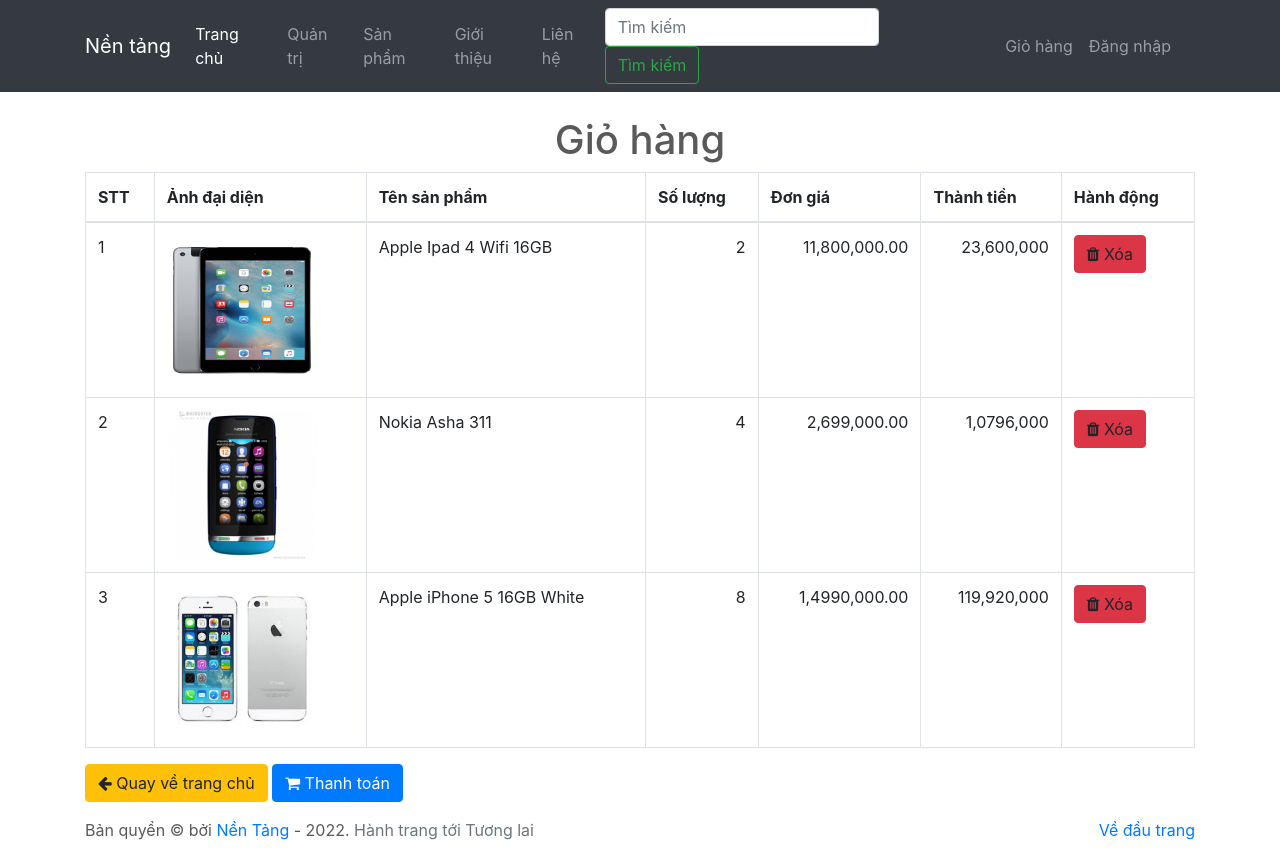
Repository: Chicken2k/My-Ebook
Page: pagesView/cart.html
The author's editor kept a copy of each file at every save. The page is drawn from the files as they stood at one save, then again after the next save.
The browser window is 1280 px wide. The pictures show the whole page.

Above is the page before, as saved 2022-03-31 18:07:25.

After the next save:
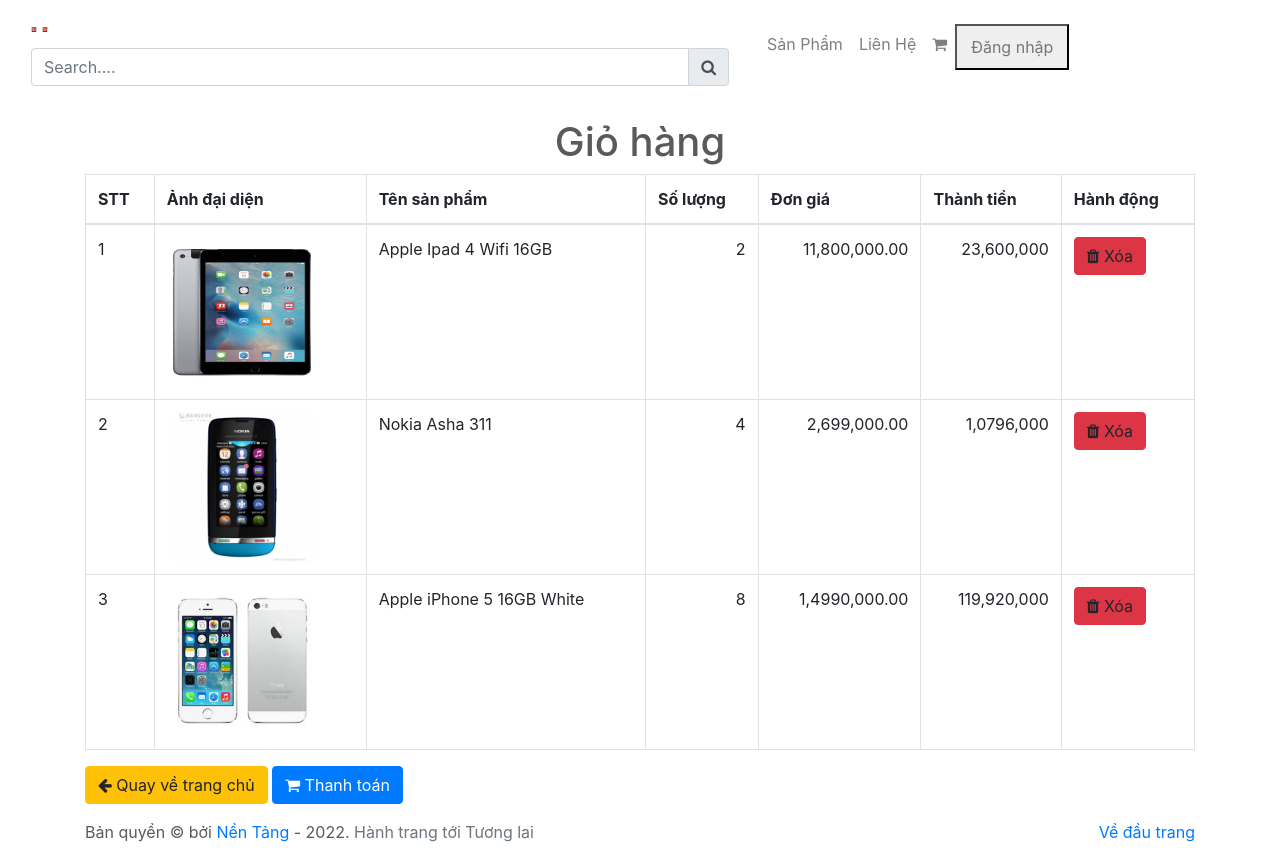
Saved 54 s later.
--- a/pagesView/cart.html
+++ b/pagesView/cart.html
@@ -17,46 +17,62 @@
 </head>
 
 <body>
-    <!-- header -->
-    <nav class="navbar navbar-expand-md navbar-dark sticky-top bg-dark">
-        <div class="container">
-            <a class="navbar-brand" href="https://nentang.vn">Nền tảng</a>
-            <div class="navbar-collapse collapse" id="navbarCollapse">
-                <ul class="navbar-nav mr-auto">
-                    <li class="nav-item active">
-                        <a class="nav-link" href="../index.html">Trang chủ <span class="sr-only">(current)</span></a>
-                    </li>
-                    <li class="nav-item">
-                        <a class="nav-link" href="https://nentang.vn">Quản trị</a>
-                    </li>
-                    <li class="nav-item">
-                        <a class="nav-link" href="products.html">Sản phẩm</a>
-                    </li>
-                    <li class="nav-item">
-                        <a class="nav-link" href="about.html">Giới thiệu</a>
-                    </li>
-                    <li class="nav-item">
-                        <a class="nav-link" href="contact.html">Liên hệ</a>
-                    </li>
-                </ul>
-                <form class="form-inline mt-2 mt-md-0" method="get" action="search.html">
-                    <input class="form-control mr-sm-2" type="text" placeholder="Tìm kiếm" aria-label="Search"
-                        name="keyword_tensanpham">
-                    <button class="btn btn-outline-success my-2 my-sm-0" type="submit">Tìm kiếm</button>
-                </form>
+     <!-- HEADER -->
+     <header>
+        <nav class="myNavBar navbar navbar-expand-md navbar-light">
+            <div class="d-md-none col-sm-2 col-3">
+                <button class="navbar-toggler" type="button" data-toggle="collapse"
+                    data-target="#navbarSupportedContent" aria-controls="navbarSupportedContent" aria-expanded="false"
+                    aria-label="Toggle navigation" action="./pagesView/search.html">
+                    <span class="navbar-toggler-icon" type="submit"></span>
+                </button>
             </div>
-            <ul class="navbar-nav px-3">
-                <li class="nav-item text-nowrap">
-                    <a class="nav-link" href="cart.html">Giỏ hàng</a>
-                </li>
-                <li class="nav-item text-nowrap">
-                    <!-- Nếu chưa đăng nhập thì hiển thị nút Đăng nhập -->
-                    <a class="nav-link" href="login.html">Đăng nhập</a>
-                </li>
-            </ul>
-        </div>
-    </nav>
-    <!-- end header -->
+            <div class="col-xl-7 col-lg-9 col-md-8 col-sm-8 col-6 myNavBar__col">
+                <div class="myNavBar__left">
+                    <a class="navbar-brand" href="#">
+                        <img class="logo-black" src="./imgdow/e-reader-ebook-svgrepo-com.svg" alt="logo black">
+                        <img class="logo-white" src="./imgdow/e-reader-ebook-svgrepo-com.svg" alt="logo white">
+                    </a>
+                    <form class="myNavBar__form-search" action="./pagesView/search.html">
+                        <div class="input-group">
+                            <input type="text" class="form-control" placeholder="Search...." type="text" aria-label="Search"
+                            name="keyword_tensanpham">
+                            <div class="input-group-append">
+                                <span class="input-group-text" id="basic-addon2" >
+                                    <i class="fa fa-search"></i>
+                                </span>
+                            </div>
+                        </div>
+                    </form>
+                </div>
+            </div>
+            <div class="col-xl-5 col-lg-3 col-md-4 col-sm-2 col-3 myNavBar--reset">
+                <div class="myNavBar__right">
+                    <ul class="navbar-nav mr-auto">
+                        <li class="nav-item business">
+                            <a class="nav-link" href="./pagesView/products.html">Sản Phẩm</a>
+
+                        </li>
+                        <li class="nav-item instructor">
+                            <a class="nav-link" href="./pagesView/contact.html">Liên Hệ</a>
+                        </li>
+                        <li class="nav-item myNavBar__cart">
+                            <span><a class="nav-link" href="./pagesView/cart.html"><i class="fa fa-shopping-cart"></i></a></span>
+                        </li>
+                        <li class="nav-item myNavBar__buttons text-nowrap">
+                            <!-- Nếu chưa đăng nhập thì hiển thị nút Đăng nhập -->
+                            <button class="button button--red"><a class="nav-link" href="./pagesView/login.html">Đăng nhập</a></button>
+                        </li>
+                    </ul>
+                </div>
+            </div>
+
+
+
+
+
+        </nav>
+    </header>
 
     <main role="main">
         <!-- Block content - Đục lỗ trên giao diện bố cục chung, đặt tên là `content` -->
